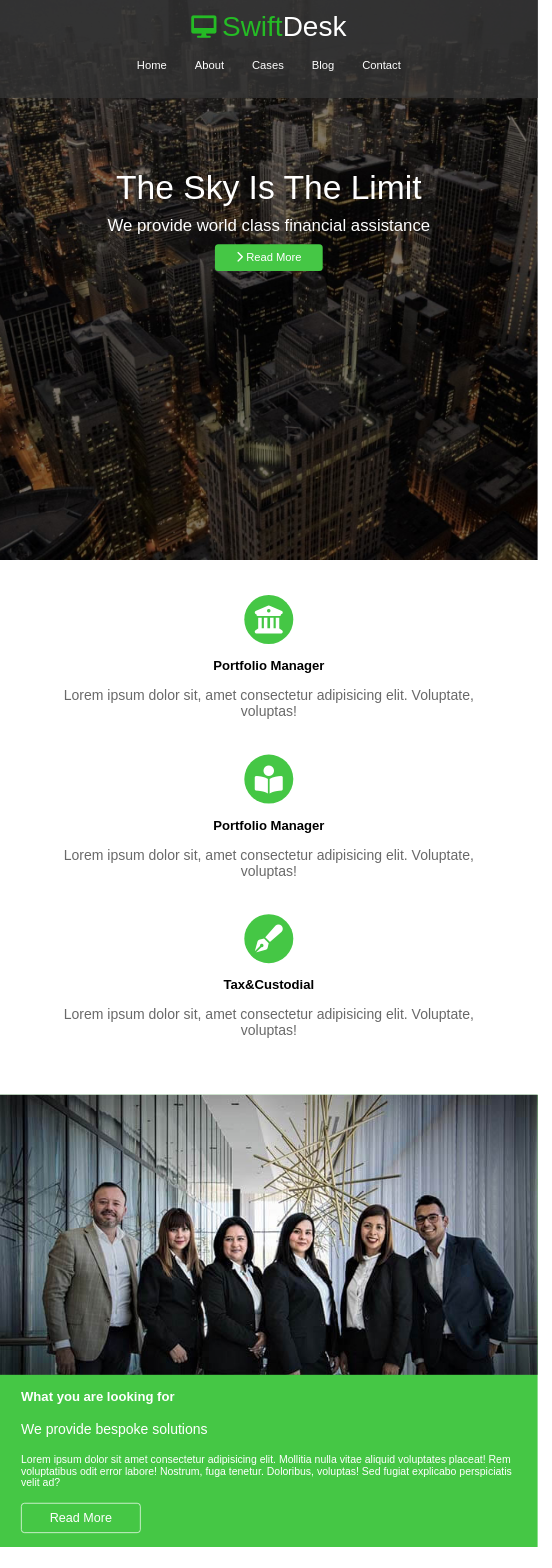
Repository: reemoon-ctrl/swiftdisk-Website-Flexbox
Page: index.html
An editor plug-in stored every save of this project. The page is shown before and after a run of saves, followed by the edit.
The browser window is 768 px wide. The page is 788 px wide, so the pictures cover 788 px, including what lies to the right of the window. The pictures show the part of the page from y = 0 to 2240 px (the page is 6952 px tall), at 70% of full size.
Some web fonts or font styles are not loaded; a fallback is used.

Above is the page before, as saved 2024-07-28 11:40:45.

### index.html
<!DOCTYPE html>
<html lang="en">
<head>
    <meta charset="UTF-8">
    <meta name="viewport" content="width=device-width, initial-scale=1.0">
    <title>
        Swift Desk
    </title>
    <link rel="stylesheet" href="https://cdnjs.cloudflare.com/ajax/libs/pretendard-gov/1.3.9/variable/pretendardvariable-gov.css" integrity="sha512-8+hQBaMPOtCpDlrIo2m0mrtjxkbHDG7Qn6+ftvl8QmG21EGNQTP8Qi76h2VgHyol77soXLVZuuZDX953JC10hw==" crossorigin="anonymous" referrerpolicy="no-referrer" />
    <link rel="stylesheet" href="https://cdnjs.cloudflare.com/ajax/libs/font-awesome/6.0.0-beta3/css/all.min.css">

    <link rel="stylesheet" href="index.css">
    <link rel="stylesheet" href="media.css">
</head>
<body>
    <div class="show-case">
        <header>
            <div class="nav-bar">
                <div class="title-bar">
                    <i class="fas fa-desktop fa-2x" style="color: rgb(37, 187, 37)"></i>
                    <h1 class="title"><span class="fword"> Swift</span>Desk</h1>
                </div>
                <div class="link-bar">
                    <a href="index.html">Home</a>
                    <a href="#about">About</a>
                    <a href="#cases">Cases</a>
                    <a href="#blog">Blog</a>
                    <a href="#contact">Contact</a>
                </div>
            </div>
        </header>
        <header class="hd-content">
            <h1>The Sky Is The Limit</h1>
            <p>We provide world class financial assistance
            </p>
            <a href=""><i class="fas fa-chevron-right "></i> Read More</a>

        </header>

    </div>
    <main>
        <div class="about-section">
            <ul id="about"class="about-srvice" >
                <li><i class="fas fa-university " ></i>
                    <h3>Portfolio Manager</h3>
                    <p>Lorem ipsum dolor sit, amet consectetur
                         adipisicing elit. Voluptate, voluptas!</p>
                </li>
                <li><i class="fas fa-book-open-reader " ></i>
                    <h3>Portfolio Manager</h3>
                    <p>Lorem ipsum dolor sit, amet consectetur
                         adipisicing elit. Voluptate, voluptas!</p></li>
                <li><i class="fas fa-pen-fancy " ></i>
                    <h3>Tax&Custodial</h3>
                    <p>Lorem ipsum dolor sit, amet consectetur
                         adipisicing elit. Voluptate, voluptas!</p></li>
            </ul>
        </div>
        <div>
            <div class="solutions">
                <div class="img"></div>
                <div class="solution-content">
                    <h3>What you are looking for</h3>
                    <h2>We provide bespoke solutions</h2>
                    <p>Lorem ipsum dolor sit amet consectetur
                        adipisicing elit. Mollitia nulla vitae aliquid voluptates placeat! Rem voluptatibus odit error labore! Nostrum, fuga tenetur. Doloribus, voluptas! Sed
                        fugiat explicabo perspiciatis velit ad?</p>
                    <a href="index.html">Read More</a>
                 </div>
            </div>
        </div>
        <div class="Business-case" id="cases">
            <div class="Business-case-content">
                <h3>This is what we do</h3>
                <h2>Business Cases</h2>
                <p>Lorem ipsum dolor sit, amet consectetur
                     adipisicing elit. Ea, iste!</p>
            </div>
            <div class="BC-image">
                <img class="BCimg BCimg1" src="/img/cases/cases1.jpg" alt="">
                <img  class="BCimg BCimg2" src="/img/cases/cases2.jpg" alt="">
                <img class="BCimg BCimg3" src="/img/cases/cases3.jpg" alt="">
                <img class="BCimg BCimg4" src="/img/cases/cases4.jpg" alt="">
                <img class="BCimg BCimg5" src="/img/cases/cases5.jpg" alt="">
                <img class="BCimg BCimg6" src="/img/cases/cases6.jpg" alt="">
                <img class="BCimg BCimg7" src="/img/cases/cases7.jpg" alt="">
                <img class="BCimg BCimg8" src="/img/cases/cases8.jpg" alt="">
            </div>
        </div>

        <div>
            <div class="blog" id="blog">
                <div class="img"></div>
                <div class="blog-content">
                    <h3>April 16 2020</h3>
                    <h2>Blog Post One</h2>
                    <p>Lorem ipsum dolor sit amet consectetur
                        adipisicing elit. Mollitia nulla vitae aliquid voluptates placeat! Rem voluptatibus odit error labore! Nostrum, fuga tenetur. Doloribus, voluptas! Sed
                        fugiat explicabo perspiciatis velit ad?</p>
                    <a href="blog.html">Read Our Blog</a>
                 </div>
            </div>
        </div>
        <div class="Business-case">
            <div class="Business-case-content">
                <h3>Who we are</h3>
                <h2>Our Professional Team</h2>
                <p>Lorem ipsum dolor sit, amet consectetur
                     adipisicing elit. Ea, iste!</p>
            </div>
            <div class="our-team">
                <ul class="team-image">
                    <li><img  class="tmimg tm-img1" src="/img/team/person1.jpg" alt=""><h4>John Doe</h4><p>President</p></li>
                    <li><img  class="tmimg tm-img2" src="/img/team/person2.jpg" alt=""><h4>Jane Doe</h4><p>Vice President</p></li>
                    <li><img class="tmimg tm-img3" src="/img/team/person3.jpg" alt=""><h4>Steve Smith</h4><p>Marketing Head</p></li>
                </ul>
            </div>
        </div>
        <div>
            <div class="request" id="contact">
                <div class="img"></div>
                <div class="form-content">
                    <h2>Request Callback</h2>
                    <form class="requwst-form"action="">
                        <input type="text" name="name" id="name" placeholder="enter name">
                        <input type="email" name="Email" id="Email" placeholder="enter email">
                        <input type="tel" name="phone" id="phone" placeholder="enter  phone number">
                        <input type="submit" value="Send" id="submit">
                    </form>


                 </div>

            </div>
        </div>

    </main>
    <footer>
        <ul class="footer-icon">
            <li><a href=""><i class="fa-brands fa-facebook"></i></a></li>
            <li><a href=""><i class="fa-brands fa-twitter"></i></a></li>
            <li><a href=""><i class="fa-brands fa-linkedin"></i></a></li>
            <li><a href=""><i class="fa-brands fa-youtube"></i></a></li>
        </ul>
        <p>copyright &copy; 2020-SwiftDesk</p>
    </footer>



</body>
</html>

### index.css
@import url('https://fonts.googleapis.com/css2?family=Open+Sans:ital,wght@0,300..800;1,300..800&family=Poppins:ital,wght@0,100;0,200;0,300;0,400;0,500;0,600;0,700;0,800;0,900;1,100;1,200;1,300;1,400;1,500;1,600;1,700;1,800;1,900&display=swap');


*{
    box-sizing: border-box;
    margin: 0;
    padding: 0;
}

body{
    font-family: 'Open Sans ', sans-serif;
}
h1,h2{
    font-weight: 300;
}
.nav-bar{
    display: flex;
    justify-content:space-between ;
    padding: 20px 20px;
    color:#fff;
    background-color: #333333cd;
    position: fixed;
    top: 0px;
    height:70px;
    width:100vw;
}
.title-bar{
    align-items: center;
    flex-grow: 1;
    display: flex;
    gap:.5rem;


}
.title-bar h1{
    display:inline-block;
    font-size:2.5rem;
    font-weight: 400;
}

.link-bar{

    /* flex-grow:1 ; */
    align-self: center;
    display: flex;
}
.link-bar a{
    padding: 23.5px 20px;
    color:#fff;
    text-decoration: none;


}
.link-bar a:hover{
    border-bottom: 2px #25bb25 solid;
}
.fword{
    color:#25bb25;
}
.show-case{
   height:100vh;
   text-align: center;
   color:#fff;
   position: relative;
   background:  url('img/home/showcase.jpg') no-repeat center center/cover;
}
.show-case *{
    z-index: 10;
}
.show-case::before{
    content:'';
    position: absolute;
    background: hsla(0%, 0%, 0%, 0.5);
    left: 0;
    top:0;
    width: 100%;
    height:100%;
}
.hd-content{
    padding-top: 18rem;
}
.hd-content h1{
    font-size: 3rem;
}
.hd-content p{
    font-size: 1.5rem;
    padding-top: .8rem;
    padding-bottom: .8rem;
}
.hd-content a{
    color: #fff;
    background:#45c745 ;
    padding: 10px 30px;
    border-radius: 5px;
    text-decoration: none;
    text-align: center;
    display: inline-block;
}
.about-section ul{
    display: flex;
    list-style: none;
    gap: 20px;

}
.about-srvice{
    padding: 50px ;
}
.about-srvice li{
    text-align: center;
}
.about-srvice li i{
    background-color: rgb(69, 199, 69);
    color:#fff;
    width:70px;
    height: 70px;
    border-radius: 70px;
    font-size: 40px;
    padding-top:15px ;


}
.about-srvice li h3{
    padding-top: 20px;
}
.about-srvice li p{
    padding-top: 20px;
    padding-bottom: 30px;
    font-size: 20px;
    color: dimgrey;
}

.solutions{
    display:flex;
    background: #45c745;

}
.solutions .img{
    width:50%;
    background: url('/img/home/people.jpg') center center/cover no-repeat;

}
.solution-content{
    color:#fff;
    padding:20px 30px;
    height:25rem;
    width: 50%;
}
.solution-content h2{
    font-size: 40px;
    font-weight: 500;
    padding: 1.5rem 0px;
}
.solution-content p{
    font-size: 20px;
    line-height: 1.3;
    margin-bottom: 20px;
}
.solution-content a{
    padding: 10px 40px;
    border: 1px solid;
    color:#fff;
    text-decoration: none;
    border-radius: 5px;
    font-size: 18px;
    display: inline-block;

}
.Business-case{
    width: 100vw;
}
.Business-case-content{
    text-align: center;
    padding-left: 30px;
    padding-right: 30px;
}
.Business-case-content h3{
    padding: 30px 0px;
}
.Business-case-content h2{
   padding-bottom: 30px;
    font-size: 40px;
    font-weight: 500;
}
.Business-case-content p{
    padding-bottom: 30px;
    font-size: 20px;
}
.BC-image{
    display: grid;
    grid-template-columns:25% 25% 25% 25%;
   gap: 20px;
   padding: 40px 0px;
}
.BCimg{
    width: 100%;
    height:100%;
    object-fit: cover;


}
.BCimg:hover{
    opacity: 0.7;
}
/* //////////////////////////////////// */
.blog{
    display:flex;
    background: #5145f3;
    flex-direction: row-reverse;

}
.img{
    width:50%;
    background: url('/img/home/blog.jpg') center center/cover no-repeat;

}
.blog-content{
    color:#fff;
    padding:20px 30px;
    height:25rem;
    width: 50%;
}
.blog-content h2{
    font-size: 40px;
    font-weight: 500;
    padding: 1.5rem 0px;
}
.blog-content p{
    font-size: 20px;
    line-height: 1.3;
    margin-bottom: 20px;
}
.blog-content a{
    padding: 10px 40px;
    border: 1px solid;
    color:#fff;
    text-decoration: none;
    border-radius: 5px;
    font-size: 18px;
    display: inline-block;

}
.our-team{
    padding-bottom: 40px;
}
.team-image{
    display: flex;
    justify-content: space-around;
    width: 100vw;
    list-style: none;
    text-align: center;

}
.team-image li h4{
    padding: 15px;
}
.tmimg{
    width: 90%;
    height:70%;
    border-radius: 70%;

}
.request{
    display: flex;
    background-color: #f4f4f4;
}
.request .img{
    background: url(/img/home/contact.jpg);
}
.form-content{
    color:#333;
    padding:20px 30px;
    height:25rem;
    width: 50%;
}
.form-content h2{
    color:#333;
    font-size: 40px;
    font-weight: 500;
    padding: 1.5rem 0px;
    font-weight:lighter;
}
.requwst-form{
    display: flex;
    flex-direction: column;
    gap :20px;

}
.requwst-form input{
border: #ddd;
color: #333;
font-size: 15px;
padding: 10px;
}
.requwst-form input:focus{
    outline-color:#25bb25 ;
}
.requwst-form input[type=submit]{
    background: #25bb25;
    color:#fff;
    cursor: pointer;
    border-radius: 5px;


}
.requwst-form input[type=submit]:hover{
    background-color: #6de66d;

}
footer{
    background: #333;
    padding: 20px ;
}
.footer-icon{
    display: flex;
    align-items: center;
    justify-content: center;
    gap:25px;
}
.footer-icon li{
    list-style: none;
}
.footer-icon li a{
    color: #fff;
    font-size: 30px;
}
.footer-icon li a:hover{
    color: #45c745;
}

footer p{
    text-align: center;
    color: #fff;
    padding-top: 20px;

}
/* //////////blog page//////////////// */
#blog-case{
    height:fit-content;
    text-align: center;
    color:#fff;
    background:  url('img/home/blog.jpg') no-repeat center center/cover ;
 }
.blog-h1{
    font-size: 70px;
    font-weight: 400;
    padding-bottom: 50px;

 }
 .blog-light{
    display:flex;
    background: #fff;
    flex-direction: row-reverse;

}
.img-light{
    width:50%;
    background: url('/img/blog/blog1.jpg') center center/cover no-repeat;

}
.blog-content-light{
    color:#333;
    padding:20px 30px;
    height:25rem;
    width: 50%;
}
.blog-content-light h2{
    font-size: 40px;
    font-weight: 500;
    padding: .4rem 0px;
}
.blog-content-light h3{
    padding-bottom: 1.7rem;
}
.blog-content-light p{
    font-size: 20px;
    line-height: 1.3;
    margin-bottom: 20px;
}
.blog-content-light a{
    padding: 10px 30px;
    border: 1px solid;
    color:#fff;
    background-color: #333;
    text-decoration: none;
    border-radius: 5px;
    font-size: 18px;

}
.blog-dark{
    display:flex;
    background: #333;
    flex-direction: row-reverse;

}
.img-dark{
    width:50%;
    background: url('/img/blog/blog2.jpg') center center/cover no-repeat;

}
.blog-content-dark{
    color:#fff;
    padding:20px 30px;
    height:25rem;
    width: 50%;
}
.blog-content-dark h2{
    font-size: 40px;
    font-weight: 500;
    padding: .4rem 0px;
}
.blog-content-dark h3{
    padding-bottom: 1.7rem;
    font-weight:normal;
}
.blog-content-dark p{
    font-size: 20px;
    line-height: 1.3;
    margin-bottom: 20px;
}
.blog-content-dark a{
    padding: 10px 30px;
    border: 1px solid;
    color:#333;
    background-color: #fff;
    text-decoration: none;
    border-radius: 5px;
    font-size: 18px;

}
.last-blog .img-light{
    width:50%;
    background: url('/img/blog/blog3.jpg') center center/cover no-repeat;

}
.author{
    font-weight: 700;
}

### media.css
@media screen and (max-width:768px){
    .nav-bar{
        flex-direction: column;
        height:140px;
        justify-content: center;
        align-items: center;

    }
    .hd-content{
        padding-top: 15rem;
    }
    .hd-content h1{
        /* font-size: 1.5rem; */
    }
    .hd-content p{
        /* font-size: .7rem;
        padding-top: .8rem;
        padding-bottom: .8rem; */
    }
    .about-section ul{
        flex-direction: column;
    }
    .solutions{
        flex-direction: column;
    }
    .solutions .img{
        width:100%;
        height: 25rem;
    }
    .solution-content{
        width:100%;
        height: 100%;
    }
    .solution-content h2{
        font-size: 20px;
    }
    .solution-content p{
        font-size: 15px;
        line-height:1.1 ;
    }
    .BC-image{
        grid-template-columns:50% 50%;
    }
    .blog{
        flex-direction: column;

    }
    .img{
        width:100% ;
        height:10rem;
    }
    .blog-content{
        width:100%;
    }
    .team-image{
        flex-direction: column;
        gap :20px;
    }
    .request{
        flex-direction: column;
    }
    .request .img{
        width:100%;
        height:400px;
    }
    .form-content{
        width:100%;
    }


}

After the next 2 saves:
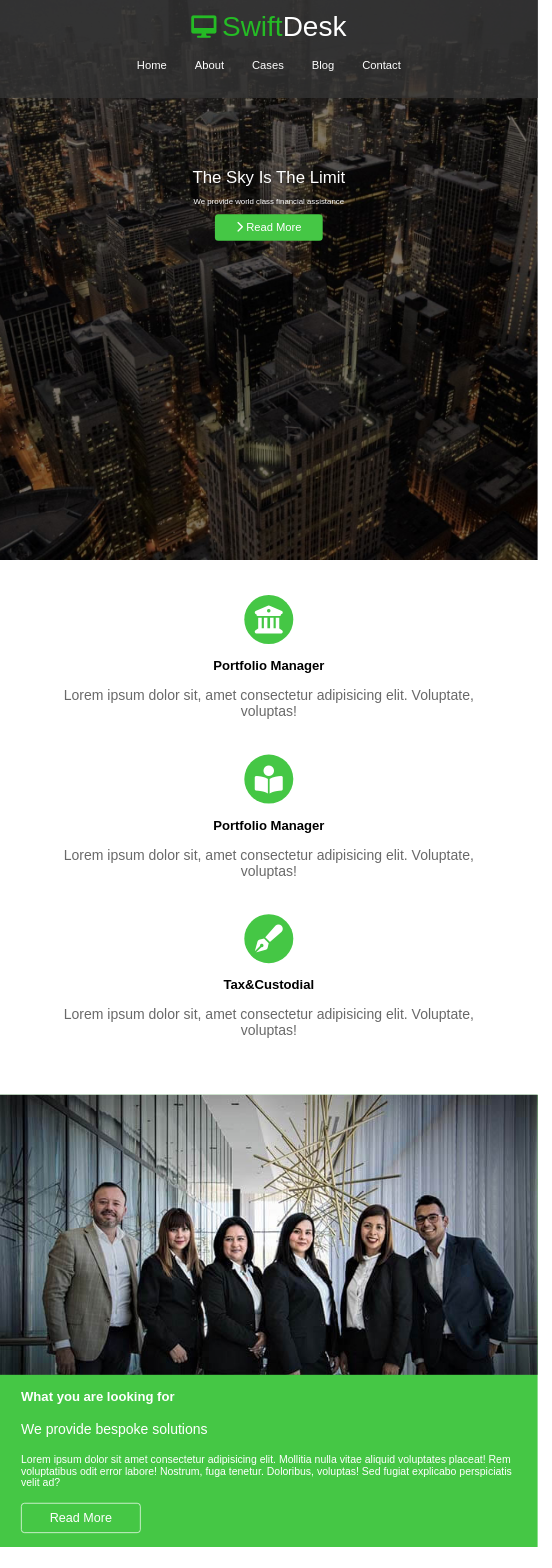
The 2 saves are shown as one change because they came seconds apart.
The last was saved 46 s later.
--- a/media.css
+++ b/media.css
@@ -10,12 +10,12 @@
         padding-top: 15rem;
     }
     .hd-content h1{
-        /* font-size: 1.5rem; */
+        font-size: 1.5rem;
     }
     .hd-content p{
-        /* font-size: .7rem;
+        font-size: .7rem;
         padding-top: .8rem;
-        padding-bottom: .8rem; */
+        padding-bottom: .8rem;
     }
     .about-section ul{
         flex-direction: column;
